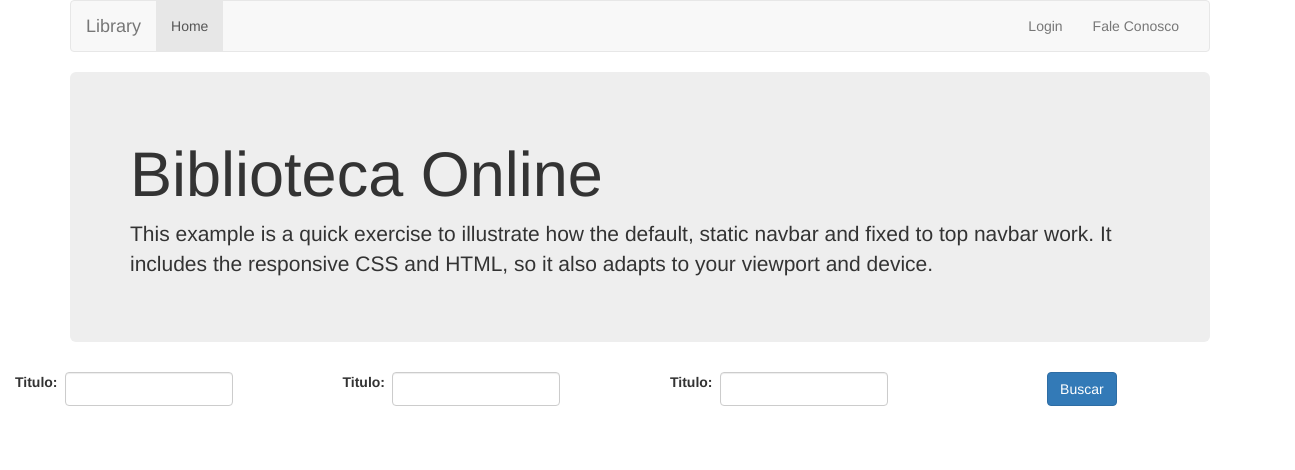
Repository: stefanyco/biblioteca
Page: http://localhost/Biblioteca/home.jsp
An editor plug-in stored every save of this project. The page is shown before and after a run of saves, followed by the edit.
The browser window is 1280 px wide. The page is 1295 px wide, so the pictures cover 1295 px, including what lies to the right of the window. The pictures show the whole page.
The page is served by Tomcat 9.

Above is the page before, as saved 2016-11-07 22:58:24.

After the next 2 saves:
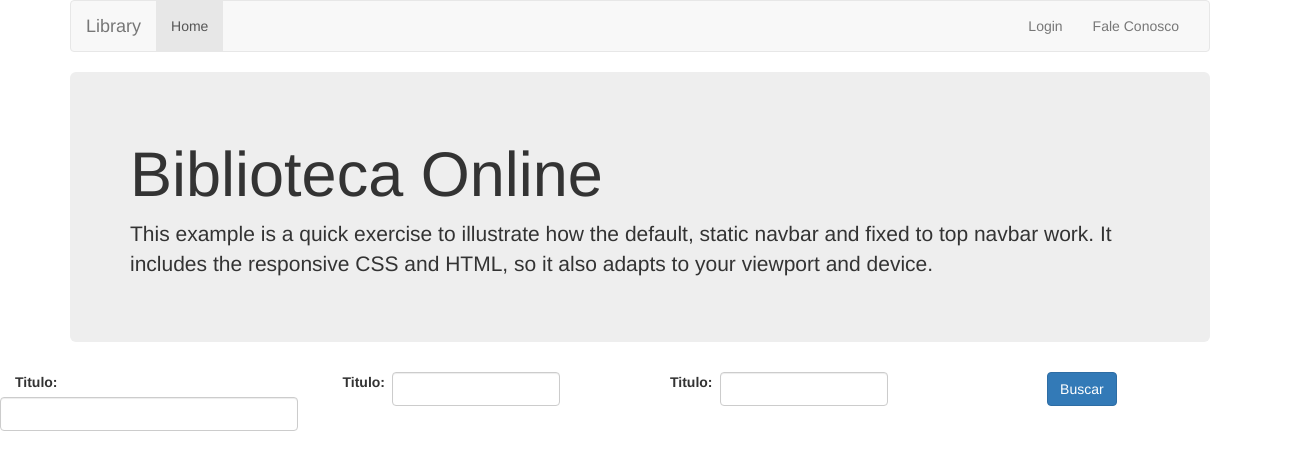
The 2 saves are shown as one change because they came seconds apart.
The last was saved 7 s later.
--- a/Sistema Biblioteca/Biblioteca/WebContent/home.jsp
+++ b/Sistema Biblioteca/Biblioteca/WebContent/home.jsp
@@ -45,7 +45,7 @@
 		<div class="col-xs-6 col-sm-3">
 			<div class="form-group">
 				<label for="titulo" class="col-xs-2 control-label">Titulo:</label>
-				<div class="col-xs-8">
+				<div>
 					<input type="text" class="form-control" name="titulo" required
 						maxlength="50">
 				</div>

After the save that followed:
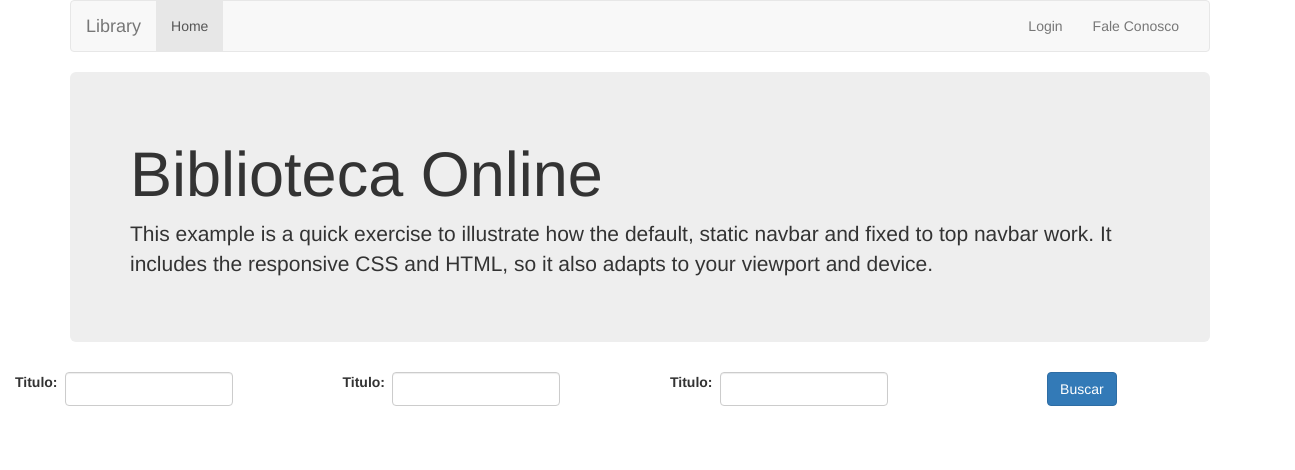
Saved 5 s later.
--- a/Sistema Biblioteca/Biblioteca/WebContent/home.jsp
+++ b/Sistema Biblioteca/Biblioteca/WebContent/home.jsp
@@ -45,7 +45,7 @@
 		<div class="col-xs-6 col-sm-3">
 			<div class="form-group">
 				<label for="titulo" class="col-xs-2 control-label">Titulo:</label>
-				<div>
+				<div class="col-xs-8">
 					<input type="text" class="form-control" name="titulo" required
 						maxlength="50">
 				</div>
